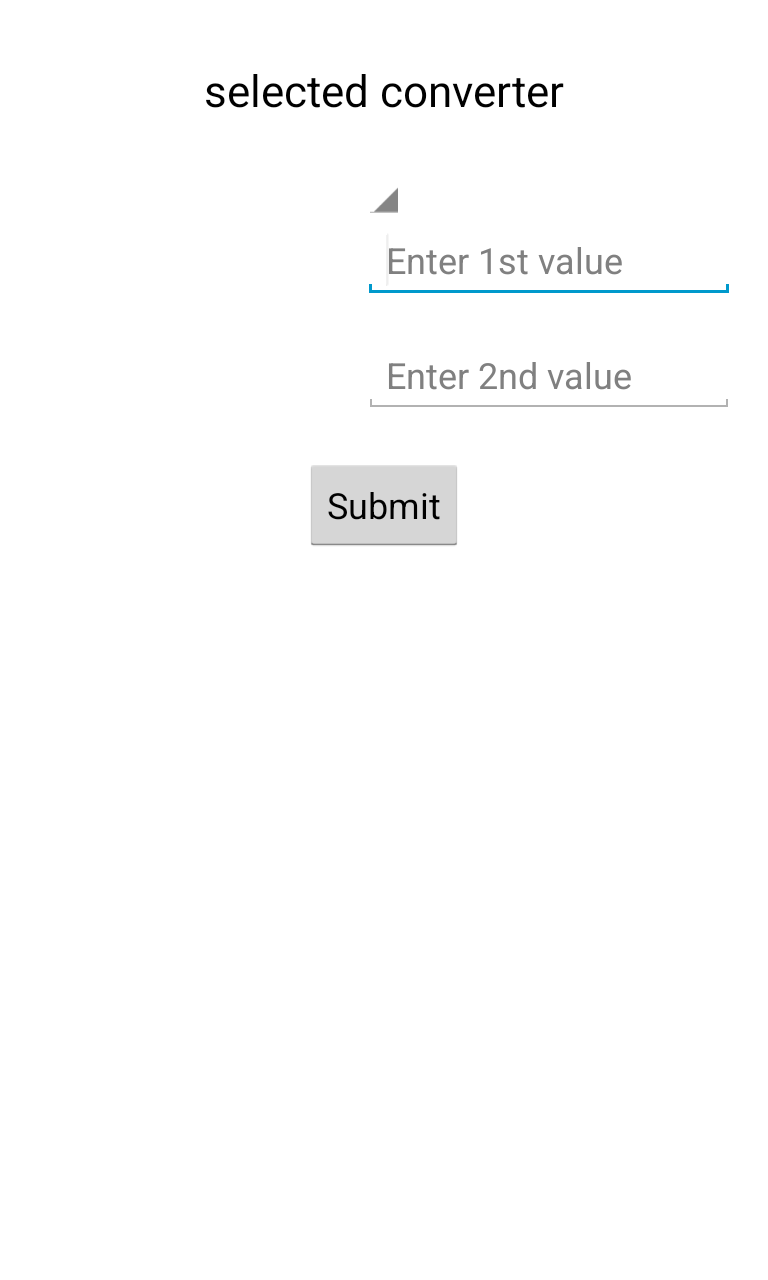
Repository: priyankaaj/practiced-apps
Layout: Converter/res/layout/activity_main.xml
These files come from the project's save history. The layout is drawn as it stood at one moment and after the next save; the edit follows.
It is drawn on a 768 x 1280 px phone screen (xhdpi) without system bars, with theme AppTheme; the app's code is not run.

Above is the layout before, as saved 2015-09-24 18:24:13.

### Converter/res/layout/activity_main.xml
<RelativeLayout xmlns:android="http://schemas.android.com/apk/res/android"
    xmlns:tools="http://schemas.android.com/tools"
    android:layout_width="match_parent"
    android:layout_height="match_parent"
    android:paddingBottom="@dimen/activity_vertical_margin"
    android:paddingLeft="@dimen/activity_horizontal_margin"
    android:paddingRight="@dimen/activity_horizontal_margin"
    android:paddingTop="@dimen/activity_vertical_margin"
    tools:context=".MainActivity" >

    <TextView
        android:id="@+id/selectedconverter"
        android:layout_width="wrap_content"
        android:layout_height="wrap_content"
        android:layout_alignParentTop="true"
        android:layout_centerHorizontal="true"
        android:layout_marginTop="14dp"
        android:text="selected converter"
        android:textAppearance="?android:attr/textAppearanceLarge" />

    <Spinner
        android:id="@+id/spinnerconvertoptions"
        android:layout_width="wrap_content"
        android:layout_height="wrap_content"
        android:layout_below="@+id/selectedconverter"
        android:layout_centerHorizontal="true"
        android:layout_marginTop="19dp" />

    <EditText
        android:id="@+id/entvalue1"
        android:layout_width="wrap_content"
        android:layout_height="wrap_content"
        android:layout_alignLeft="@+id/spinnerconvertoptions"
        android:layout_below="@+id/spinnerconvertoptions"
        android:ems="10"
        android:hint="Enter 1st value" >

        <requestFocus />
    </EditText>

    <EditText
        android:id="@+id/entvalue2"
        android:layout_width="wrap_content"
        android:layout_height="wrap_content"
        android:layout_alignLeft="@+id/entvalue1"
        android:layout_below="@+id/entvalue1"
        android:layout_marginTop="18dp"
        android:ems="10"
        android:hint="Enter 2nd value" />

    <Button
        android:id="@+id/buttonsubmit"
        android:layout_width="wrap_content"
        android:layout_height="wrap_content"
        android:layout_below="@+id/entvalue2"
        android:layout_centerHorizontal="true"
        android:layout_marginTop="21dp"
        android:text="Submit" />

</RelativeLayout>

Loaded but not shown: Converter/res/values/styles.xml (common file); Converter/res/values-v11/styles.xml (common file); Converter/res/values-v14/styles.xml (common file); Converter/res/values/dimens.xml (common file)

After the next save:
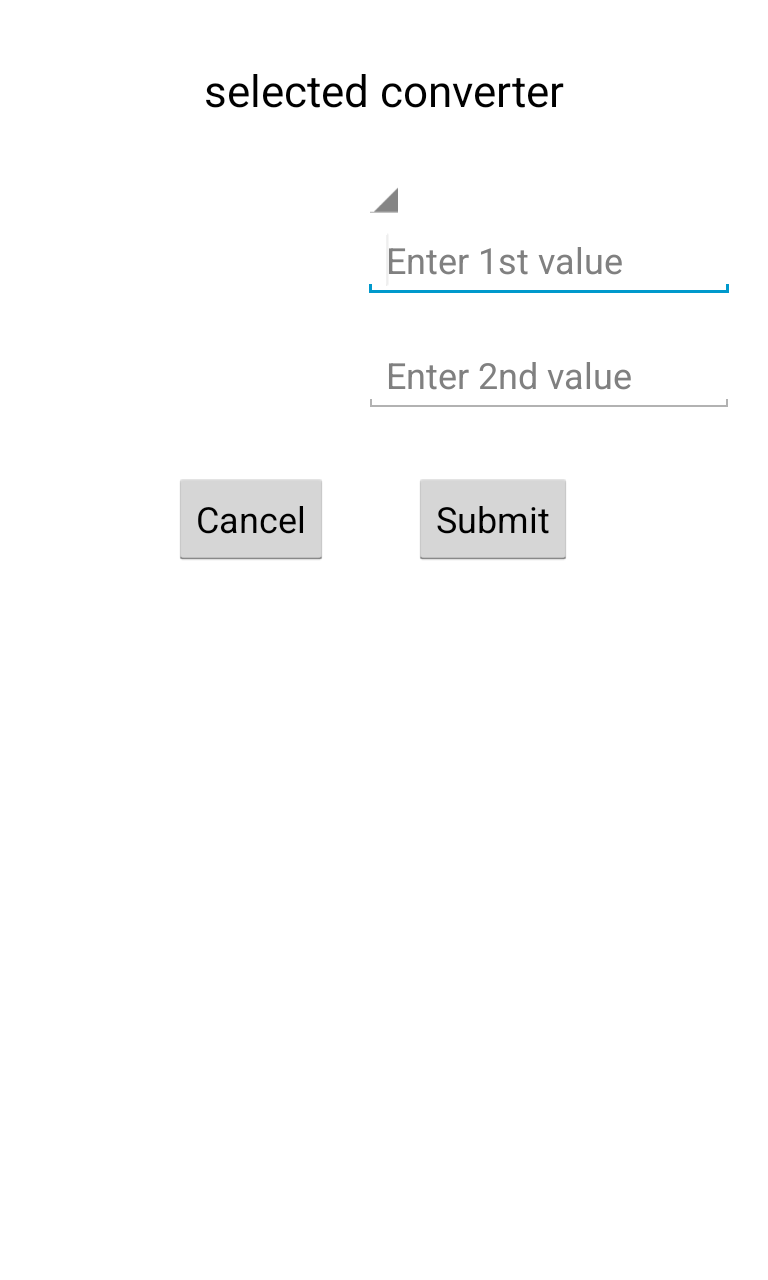
Saved 69 s later.
--- a/Converter/res/layout/activity_main.xml
+++ b/Converter/res/layout/activity_main.xml
@@ -52,9 +52,20 @@
         android:id="@+id/buttonsubmit"
         android:layout_width="wrap_content"
         android:layout_height="wrap_content"
+        android:layout_alignLeft="@+id/entvalue2"
         android:layout_below="@+id/entvalue2"
-        android:layout_centerHorizontal="true"
-        android:layout_marginTop="21dp"
+        android:layout_marginLeft="25dp"
+        android:layout_marginTop="28dp"
         android:text="Submit" />
 
+    <Button
+        android:id="@+id/buttoncancel"
+        android:layout_width="wrap_content"
+        android:layout_height="wrap_content"
+        android:layout_alignBaseline="@+id/buttonsubmit"
+        android:layout_alignBottom="@+id/buttonsubmit"
+        android:layout_alignRight="@+id/spinnerconvertoptions"
+        android:layout_marginRight="38dp"
+        android:text="Cancel" />
+
 </RelativeLayout>
